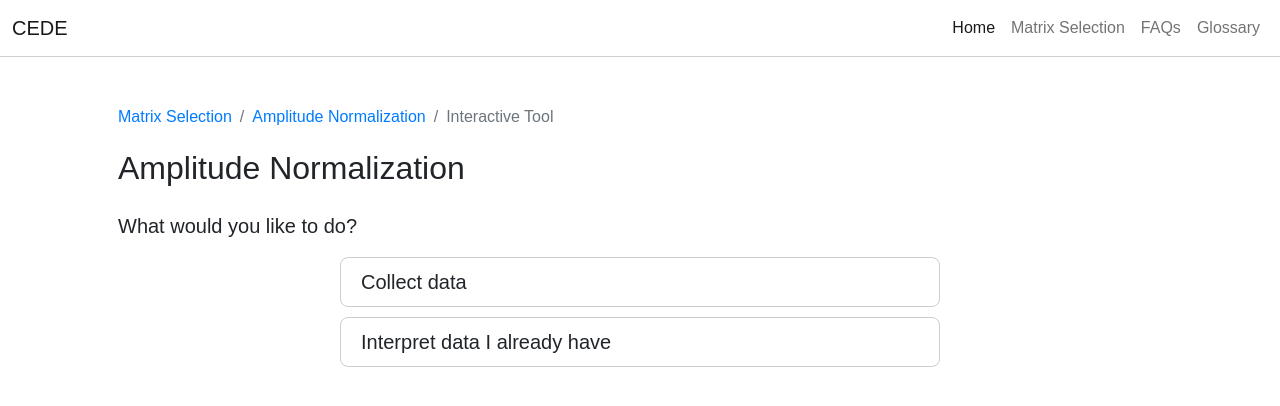
Repository: devashrisamani/CEDE-Website
Page: website/inttool.html
The author's editor kept a copy of each file at every save. The page is drawn from the files as they stood at one save, then again after the next save.
The browser window is 1280 px wide. The pictures show the whole page.

Above is the page before, as saved 2024-06-19 22:28:29.
Console error: TypeError: Cannot read properties of null (reading 'addEventListener')

### website/inttool.html
<!DOCTYPE html>
<html lang="en">
  <head>
    <meta charset="UTF-8" />
    <meta name="viewport" content="width=device-width, initial-scale=1.0" />
    <title>CEDE Decision Tree</title>
    <link
      href="https://cdn.jsdelivr.net/npm/bootstrap@5.1.3/dist/css/bootstrap.min.css"
      rel="stylesheet"
    />
    <link rel="stylesheet" href="inttool.css" />
  </head>
  <body>
    <!-- Navigation Bar (consistent with other pages) -->
    <nav class="navbar navbar-expand-lg navbar-light bg-white">
      <div class="container-fluid">
        <a class="navbar-brand" href="#">CEDE</a>
        <button
          class="navbar-toggler"
          type="button"
          data-bs-toggle="collapse"
          data-bs-target="#navbarNavAltMarkup"
          aria-controls="navbarNavAltMarkup"
          aria-expanded="false"
          aria-label="Toggle navigation"
        >
          <span class="navbar-toggler-icon"></span>
        </button>
        <div
          class="collapse navbar-collapse justify-content-end"
          id="navbarNavAltMarkup"
        >
          <div class="navbar-nav">
            <a class="nav-link active" href="#">Home</a>
            <a class="nav-link" href="#">Matrix Selection</a>
            <a class="nav-link" href="#">FAQs</a>
            <a class="nav-link" href="#">Glossary</a>
          </div>
        </div>
      </div>
    </nav>

    <!-- Main Content -->
    <div class="container mt-5 px-5">
      <nav aria-label="breadcrumb">
        <ol class="breadcrumb">
          <li class="breadcrumb-item">
            <a href="index.html">Matrix Selection</a>
          </li>
          <li class="breadcrumb-item">
            <a href="amplitude.html">Amplitude Normalization</a>
          </li>
          <li class="breadcrumb-item active" aria-current="page">
            Interactive Tool
          </li>
        </ol>
      </nav>
      <h2 class="mb-4">Amplitude Normalization</h2>
      <p class="lead">What would you like to do?</p>
      <div class="options-container">
        <div class="option" onclick="selectOption('collect-data')">
          <span>Collect data</span>
        </div>
        <div class="option" onclick="selectOption('interpret-data')">
          <span>Interpret data I already have</span>
        </div>
      </div>
    </div>

    <!-- Scripts -->
    <script src="script.js"></script>
    <script src="https://cdn.jsdelivr.net/npm/bootstrap@5.1.3/dist/js/bootstrap.bundle.min.js"></script>
  </body>
</html>

### website/inttool.css
body {
  font-family: Arial, sans-serif;
  margin: 0;
  padding: 0;
  background-color: white;
}

.navbar {
  border-bottom: 1px solid #cfcfcf;
  background-color: #ffffff;
}

.breadcrumb {
  background-color: white;
  padding: 0;
  margin-bottom: 20px;
}

.breadcrumb-item a {
  color: #007bff;
  text-decoration: none;
}

.breadcrumb-item a:hover {
  text-decoration: underline;
}

.options-container {
  width: 100%;
  max-width: 600px; /* Set the max-width to control the width */
  margin: 0 auto;
}

.option {
  display: flex;
  justify-content: space-between;
  align-items: center;
  border: 1px solid #ccc;
  margin-bottom: 10px;
  padding: 20px;
  cursor: pointer;
  background-color: white;
  border-radius: 8px;
  font-size: 1.25rem;
  height: 50px;
  width: 100%; /* Ensure the width is 100% of the container */
}

.option:hover {
  background-color: #f0f0f0;
}

.option span {
  font-size: 1.25rem;
  font-weight: 500;
}

button {
  padding: 10px 20px;
  cursor: pointer;
  border: none;
  background: #007bff;
  color: white;
  border-radius: 25px;
  margin-top: 10px;
  text-transform: uppercase;
}

#back-button {
  background-color: white;
  color: #007bff;
  border: 2px solid #007bff;
}

#back-button:hover {
  background-color: #007bff;
  color: white;
}

.text-center {
  text-align: center;
}

### website/script.js
function selectOption(option) {
  console.log("Option selected:", option);
  // Add logic to handle the selected option, such as updating the page content
}

// page 2

function selectOption(option) {
  console.log("Option selected:", option);
  // Here, you can redirect to another page or load new content based on the option
}

function goBack() {
  window.history.back(); // This will take you to the previous page in the history stack
}

// Decision tree functions
const questions = [
  "Does your experiment involve comparisons between muscles or within muscles?",
  "Does your experiment involve comparisons between sessions or within a session?",
  "Does your experiment involve within-group comparisons or between-groups comparisons?",
  "Can your participants perform MVC?",
];

const responses = [
  ["Between muscles", "Within muscle"],
  ["Between sessions", "Within a session"],
  ["Within-group comparison", "Between-groups comparison"],
  ["Yes", "No"],
];

const decisionTree = {
  "Within muscle": {
    "Within a session": {
      "Within-group comparison": {
        Yes: "Experimental context 1: Amplitude comparison within a person and muscle, between conditions/tasks (within a session). *Without removing electrodes (1.1 - 1.6)",
      },
    },
  },
};

function getRecommendation(responses) {
  let node = decisionTree;
  for (let response of responses) {
    if (node[response]) {
      node = node[response];
    } else {
      return "No recommendation found for the given responses.";
    }
  }
  return node;
}

document.getElementById("get-recommendation").addEventListener("click", () => {
  const userResponses = [
    document.getElementById("q1-select").value,
    document.getElementById("q2-select").value,
    document.getElementById("q3-select").value,
    document.getElementById("q4-select").value,
  ];
  const recommendation = getRecommendation(userResponses);
  document.getElementById("recommendation").innerText = recommendation;
});

// CEDE Collaborations section

function showSection(sectionId) {
  const sections = document.querySelectorAll(".team-section");
  const buttons = document.querySelectorAll(".btn-toggle");
  sections.forEach((section) => {
    section.classList.add("d-none");
  });
  buttons.forEach((button) => {
    button.classList.remove("active");
  });
  document.getElementById(sectionId).classList.remove("d-none");
  document
    .querySelector(`button[onclick="showSection('${sectionId}')"]`)
    .classList.add("active");
}

After the next save:
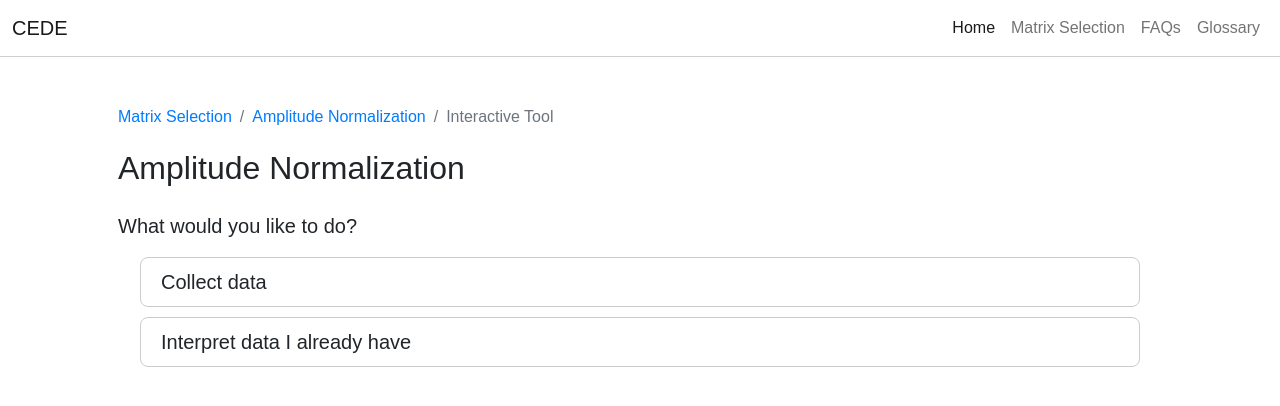
Saved 78 s later.
--- a/website/inttool.css
+++ b/website/inttool.css
@@ -27,7 +27,7 @@ body {
 
 .options-container {
   width: 100%;
-  max-width: 600px; /* Set the max-width to control the width */
+  max-width: 1000px; /* Set the max-width to control the width */
   margin: 0 auto;
 }
 
